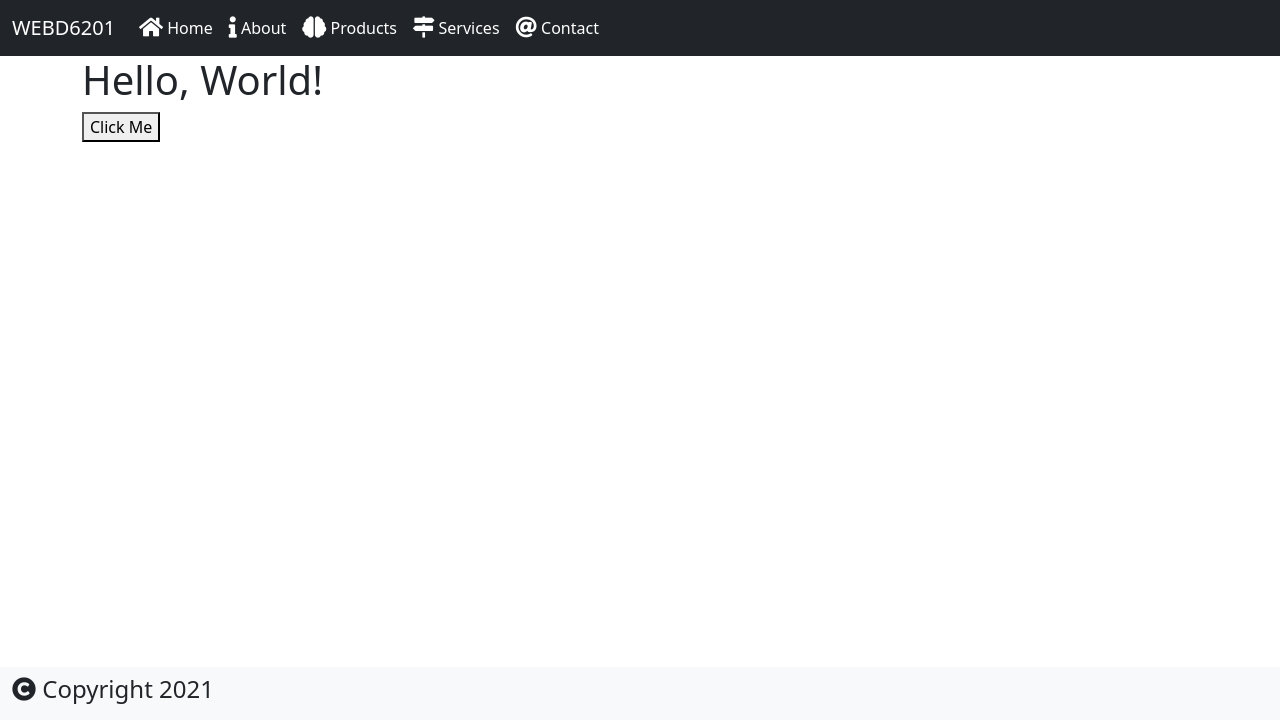
Repository: jaisydh07/WEBD6201-Week1
Page: index.html
These files come from the project's save history. The page is drawn as it stood at one moment and after the next save; the edit follows.
The browser window is 1280 px wide. The pictures show the whole page.

Above is the page before, as saved 2021-01-28 23:13:33.

After the next save:
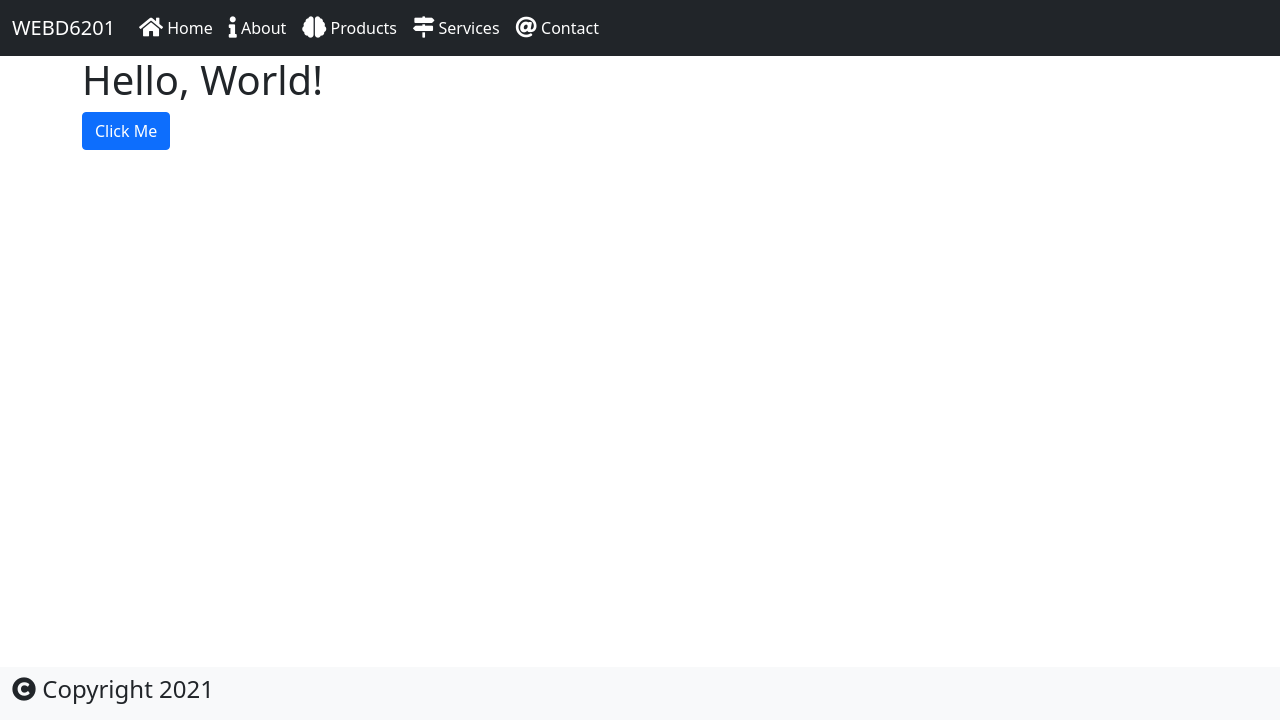
Saved 53 s later.
--- a/index.html
+++ b/index.html
@@ -55,7 +55,7 @@
 
     <main class="container">
         <h1>Hello, World!</h1>
-        <button>Click Me</button>
+        <button class="btn btn-primary">Click Me</button>
     </main>
 
     <footer>
